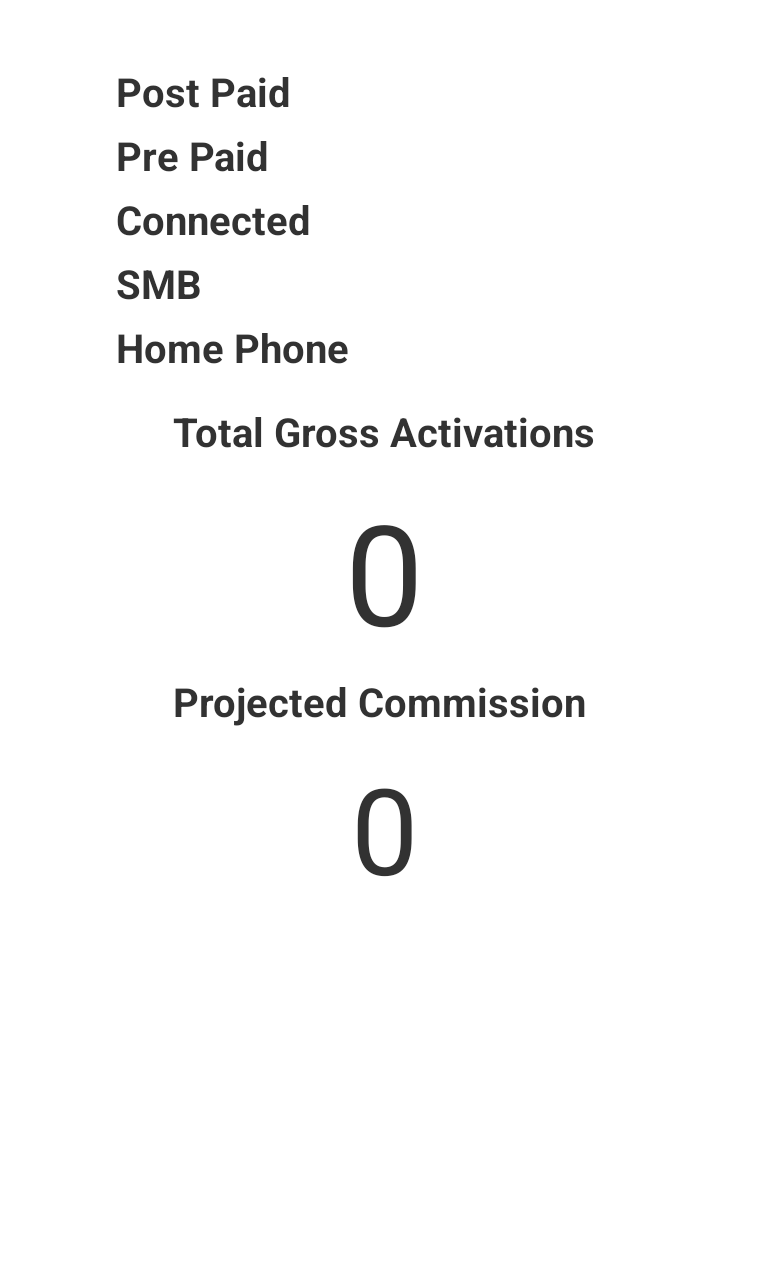
Repository: jemcphe/XCell
Layout: XCell/res/layout/data_adds.xml
These files come from the project's save history. The layout is drawn as it stood at one moment and after the next save; the edit follows.
It is drawn on a 768 x 1280 px phone screen (xhdpi) without system bars, with theme Theme.Xcell; the app's code is not run.

Above is the layout before, as saved 2013-08-28 04:16:49.

### XCell/res/layout/data_adds.xml
<?xml version="1.0" encoding="utf-8"?>
<RelativeLayout xmlns:android="http://schemas.android.com/apk/res/android"
    android:layout_width="match_parent"
    android:layout_height="match_parent" >

    <GridLayout
        android:id="@+id/gridLayout1"
        android:layout_width="wrap_content"
        android:layout_height="wrap_content"
        android:layout_centerHorizontal="true"
        android:layout_marginTop="32dp"
        android:columnCount="2" >

        <TextView
            android:layout_width="wrap_content"
            android:layout_height="wrap_content"
            android:paddingBottom="5dp"
            android:paddingRight="180dp"
            android:text="Post Paid"
            android:textSize="20sp"
            android:textStyle="bold" />

        <TextView
            android:id="@+id/data_postValue"
            android:layout_width="wrap_content"
            android:layout_height="wrap_content"
            android:paddingBottom="5dp"
            android:textSize="20sp"
            android:textStyle="bold" />

        <TextView
            android:layout_width="wrap_content"
            android:layout_height="wrap_content"
            android:paddingBottom="5dp"
            android:text="Pre Paid"
            android:textSize="20sp"
            android:textStyle="bold" />

        <TextView
            android:id="@+id/data_preValue"
            android:layout_width="wrap_content"
            android:layout_height="wrap_content"
            android:paddingBottom="5dp"
            android:textSize="20sp"
            android:textStyle="bold" />

        <TextView
            android:layout_width="wrap_content"
            android:layout_height="wrap_content"
            android:paddingBottom="5dp"
            android:text="Connected"
            android:textSize="20sp"
            android:textStyle="bold" />

        <TextView
            android:id="@+id/data_connectedValue"
            android:layout_width="wrap_content"
            android:layout_height="wrap_content"
            android:paddingBottom="5dp"
            android:textSize="20sp"
            android:textStyle="bold" />

        <TextView
            android:layout_width="wrap_content"
            android:layout_height="wrap_content"
            android:paddingBottom="5dp"
            android:text="SMB"
            android:textSize="20sp"
            android:textStyle="bold" />

        <TextView
            android:id="@+id/data_smbValue"
            android:layout_width="wrap_content"
            android:layout_height="wrap_content"
            android:paddingBottom="5dp"
            android:textSize="20sp"
            android:textStyle="bold" />

        <TextView
            android:layout_width="wrap_content"
            android:layout_height="wrap_content"
            android:paddingBottom="5dp"
            android:text="Home Phone"
            android:textSize="20sp"
            android:textStyle="bold" />

        <TextView
            android:id="@+id/data_homeValue"
            android:layout_width="wrap_content"
            android:layout_height="wrap_content"
            android:paddingBottom="5dp"
            android:textSize="20sp"
            android:textStyle="bold" />
    </GridLayout>

    <LinearLayout
        android:id="@+id/addsDataLayout"
        android:layout_width="wrap_content"
        android:layout_height="wrap_content"
        android:layout_below="@+id/gridLayout1"
        android:layout_centerHorizontal="true"
        android:layout_marginTop="10dp"
        android:orientation="vertical" >

        <TextView
            android:layout_width="match_parent"
            android:layout_height="match_parent"
            android:paddingBottom="10dp"
            android:text="Total Gross Activations"
            android:textSize="20sp"
            android:textStyle="bold" />

        <TextView
            android:id="@+id/grossTotal"
            android:layout_width="match_parent"
            android:layout_height="wrap_content"
            android:gravity="center"
            android:paddingBottom="5dp"
            android:text="0"
            android:textSize="70sp" />

        <TextView
            android:layout_width="match_parent"
            android:layout_height="match_parent"
            android:paddingBottom="10dp"
            android:text="Projected Commission"
            android:textSize="20sp"
            android:textStyle="bold" />

        <TextView
            android:id="@+id/projectedAdds"
            android:layout_width="match_parent"
            android:layout_height="wrap_content"
            android:gravity="center"
            android:paddingBottom="5dp"
            android:text="0"
            android:textSize="60sp" />
    </LinearLayout>

</RelativeLayout>

### XCell/res/values/styles_xcell.xml
<?xml version="1.0" encoding="utf-8"?>

<resources>

    <style name="Theme.Xcell" parent="@android:style/Theme.Holo.Light">
        <item name="android:actionBarItemBackground">@drawable/selectable_background_xcell</item>
        <item name="android:popupMenuStyle">@style/PopupMenu.Xcell</item>
        <item name="android:dropDownListViewStyle">@style/DropDownListView.Xcell</item>
        <item name="android:actionBarTabStyle">@style/ActionBarTabStyle.Xcell</item>
        <item name="android:actionDropDownStyle">@style/DropDownNav.Xcell</item>
        <item name="android:actionBarStyle">@style/ActionBar.Solid.Xcell</item>
        <item name="android:actionModeBackground">@drawable/cab_background_top_xcell</item>
        <item name="android:actionModeSplitBackground">@drawable/cab_background_bottom_xcell</item>
        <item name="android:actionModeCloseButtonStyle">@style/ActionButton.CloseMode.Xcell</item>


    </style>

    <style name="ActionBar.Solid.Xcell" parent="@android:style/Widget.Holo.Light.ActionBar.Solid">
        <item name="android:background">@drawable/ab_background_textured_xcell</item>
        <item name="android:backgroundStacked">@drawable/ab_stacked_solid_xcell</item>
        <item name="android:backgroundSplit">@drawable/ab_background_textured_xcell</item>
        <item name="android:progressBarStyle">@style/ProgressBar.Xcell</item>
    </style>

    <style name="ActionBar.Transparent.Xcell" parent="@android:style/Widget.Holo.Light.ActionBar">
        <item name="android:background">@drawable/ab_transparent_xcell</item>
        <item name="android:progressBarStyle">@style/ProgressBar.Xcell</item>
    </style>

    <style name="PopupMenu.Xcell" parent="@android:style/Widget.Holo.Light.ListPopupWindow">
        <item name="android:popupBackground">@drawable/menu_dropdown_panel_xcell</item>
    </style>

    <style name="DropDownListView.Xcell" parent="@android:style/Widget.Holo.Light.ListView.DropDown">
        <item name="android:listSelector">@drawable/selectable_background_xcell</item>
    </style>

    <style name="ActionBarTabStyle.Xcell" parent="@android:style/Widget.Holo.Light.ActionBar.TabView">
        <item name="android:background">@drawable/tab_indicator_ab_xcell</item>
    </style>

    <style name="DropDownNav.Xcell" parent="@android:style/Widget.Holo.Light.Spinner">
        <item name="android:background">@drawable/spinner_background_ab_xcell</item>
        <item name="android:popupBackground">@drawable/menu_dropdown_panel_xcell</item>
        <item name="android:dropDownSelector">@drawable/selectable_background_xcell</item>
    </style>

    <style name="ProgressBar.Xcell" parent="@android:style/Widget.Holo.Light.ProgressBar.Horizontal">
        <item name="android:progressDrawable">@drawable/progress_horizontal_xcell</item>
    </style>

    <style name="ActionButton.CloseMode.Xcell" parent="@android:style/Widget.Holo.Light.ActionButton.CloseMode">
        <item name="android:background">@drawable/btn_cab_done_xcell</item>
    </style>

    <!-- this style is only referenced in a Light.DarkActionBar based theme -->
    <style name="Theme.Xcell.Widget" parent="@android:style/Theme.Holo">
        <item name="android:popupMenuStyle">@style/PopupMenu.Xcell</item>
        <item name="android:dropDownListViewStyle">@style/DropDownListView.Xcell</item>
    </style>

</resources>

### XCell/res/drawable/selectable_background_xcell.xml
<?xml version="1.0" encoding="utf-8"?>
<!-- File created by the Android Action Bar Style Generator

     Copyright (C) 2011 The Android Open Source Project
     Copyright (C) 2012 readyState Software Ltd

     Licensed under the Apache License, Version 2.0 (the "License");
     you may not use this file except in compliance with the License.
     You may obtain a copy of the License at

          http://www.apache.org/licenses/LICENSE-2.0

     Unless required by applicable law or agreed to in writing, software
     distributed under the License is distributed on an "AS IS" BASIS,
     WITHOUT WARRANTIES OR CONDITIONS OF ANY KIND, either express or implied.
     See the License for the specific language governing permissions and
     limitations under the License.
-->

<selector xmlns:android="http://schemas.android.com/apk/res/android"
        android:exitFadeDuration="@android:integer/config_mediumAnimTime" >
    <item android:state_pressed="false" android:state_focused="true" android:drawable="@drawable/list_focused_xcell" />
    <item android:state_pressed="true" android:drawable="@drawable/pressed_background_xcell" />
    <item android:drawable="@android:color/transparent" />
</selector>

### XCell/res/drawable/btn_cab_done_xcell.xml
<?xml version="1.0" encoding="utf-8"?>
<!-- File created by the Android Action Bar Style Generator

     Copyright (C) 2011 The Android Open Source Project
     Copyright (C) 2012 readyState Software Ltd

     Licensed under the Apache License, Version 2.0 (the "License");
     you may not use this file except in compliance with the License.
     You may obtain a copy of the License at

          http://www.apache.org/licenses/LICENSE-2.0

     Unless required by applicable law or agreed to in writing, software
     distributed under the License is distributed on an "AS IS" BASIS,
     WITHOUT WARRANTIES OR CONDITIONS OF ANY KIND, either express or implied.
     See the License for the specific language governing permissions and
     limitations under the License.
-->

<selector xmlns:android="http://schemas.android.com/apk/res/android">
    <item android:state_pressed="true"
        android:drawable="@drawable/btn_cab_done_pressed_xcell" />
    <item android:state_focused="true" android:state_enabled="true"
        android:drawable="@drawable/btn_cab_done_focused_xcell" />
    <item android:state_enabled="true"
        android:drawable="@drawable/btn_cab_done_default_xcell" />
</selector>

### XCell/res/drawable/ab_background_textured_xcell.xml
<?xml version="1.0" encoding="utf-8"?>
<!-- File created by the Android Action Bar Style Generator

     Copyright (C) 2012 readyState Software Ltd

     Licensed under the Apache License, Version 2.0 (the "License");
     you may not use this file except in compliance with the License.
     You may obtain a copy of the License at

          http://www.apache.org/licenses/LICENSE-2.0

     Unless required by applicable law or agreed to in writing, software
     distributed under the License is distributed on an "AS IS" BASIS,
     WITHOUT WARRANTIES OR CONDITIONS OF ANY KIND, either express or implied.
     See the License for the specific language governing permissions and
     limitations under the License.
-->

<bitmap xmlns:android="http://schemas.android.com/apk/res/android"
    android:src="@drawable/ab_texture_tile_xcell"
    android:tileMode="repeat" />

### XCell/res/drawable/progress_horizontal_xcell.xml
<?xml version="1.0" encoding="utf-8"?>
<!-- File created by the Android Action Bar Style Generator

     Copyright (C) 2011 The Android Open Source Project
     Copyright (C) 2012 readyState Software Ltd

     Licensed under the Apache License, Version 2.0 (the "License");
     you may not use this file except in compliance with the License.
     You may obtain a copy of the License at

          http://www.apache.org/licenses/LICENSE-2.0

     Unless required by applicable law or agreed to in writing, software
     distributed under the License is distributed on an "AS IS" BASIS,
     WITHOUT WARRANTIES OR CONDITIONS OF ANY KIND, either express or implied.
     See the License for the specific language governing permissions and
     limitations under the License.
-->

<layer-list xmlns:android="http://schemas.android.com/apk/res/android">

    <item android:id="@android:id/background"
          android:drawable="@drawable/progress_bg_xcell" />

    <item android:id="@android:id/secondaryProgress">
        <scale android:scaleWidth="100%"
               android:drawable="@drawable/progress_secondary_xcell" />
    </item>

    <item android:id="@android:id/progress">
        <scale android:scaleWidth="100%"
               android:drawable="@drawable/progress_primary_xcell" />
    </item>

</layer-list>

### XCell/res/drawable/spinner_background_ab_xcell.xml
<?xml version="1.0" encoding="utf-8"?>
<!-- File created by the Android Action Bar Style Generator

     Copyright (C) 2011 The Android Open Source Project
     Copyright (C) 2012 readyState Software Ltd

     Licensed under the Apache License, Version 2.0 (the "License");
     you may not use this file except in compliance with the License.
     You may obtain a copy of the License at

          http://www.apache.org/licenses/LICENSE-2.0

     Unless required by applicable law or agreed to in writing, software
     distributed under the License is distributed on an "AS IS" BASIS,
     WITHOUT WARRANTIES OR CONDITIONS OF ANY KIND, either express or implied.
     See the License for the specific language governing permissions and
     limitations under the License.
-->

<selector xmlns:android="http://schemas.android.com/apk/res/android">
    <item android:state_enabled="false"
        android:drawable="@drawable/spinner_ab_disabled_xcell" />
    <item android:state_pressed="true"
        android:drawable="@drawable/spinner_ab_pressed_xcell" />
    <item android:state_pressed="false" android:state_focused="true"
        android:drawable="@drawable/spinner_ab_focused_xcell" />
    <item android:drawable="@drawable/spinner_ab_default_xcell" />
</selector>

### XCell/res/drawable/tab_indicator_ab_xcell.xml
<?xml version="1.0" encoding="utf-8"?>
<!-- File created by the Android Action Bar Style Generator

     Copyright (C) 2011 The Android Open Source Project
     Copyright (C) 2012 readyState Software Ltd

     Licensed under the Apache License, Version 2.0 (the "License");
     you may not use this file except in compliance with the License.
     You may obtain a copy of the License at

          http://www.apache.org/licenses/LICENSE-2.0

     Unless required by applicable law or agreed to in writing, software
     distributed under the License is distributed on an "AS IS" BASIS,
     WITHOUT WARRANTIES OR CONDITIONS OF ANY KIND, either express or implied.
     See the License for the specific language governing permissions and
     limitations under the License.
-->

<selector xmlns:android="http://schemas.android.com/apk/res/android">
    <!-- Non focused states -->
    <item android:state_focused="false" android:state_selected="false" android:state_pressed="false" android:drawable="@android:color/transparent"/>
    <item android:state_focused="false" android:state_selected="true"  android:state_pressed="false" android:drawable="@drawable/tab_selected_xcell" />

    <!-- Focused states -->
    <item android:state_focused="true" android:state_selected="false" android:state_pressed="false" android:drawable="@drawable/tab_unselected_focused_xcell" />
    <item android:state_focused="true" android:state_selected="true"  android:state_pressed="false" android:drawable="@drawable/tab_selected_focused_xcell" />

    <!-- Pressed -->
    <!--    Non focused states -->
    <item android:state_focused="false" android:state_selected="false" android:state_pressed="true" android:drawable="@drawable/tab_unselected_pressed_xcell" />
    <item android:state_focused="false" android:state_selected="true"  android:state_pressed="true" android:drawable="@drawable/tab_selected_pressed_xcell" />

    <!--    Focused states -->
    <item android:state_focused="true" android:state_selected="false" android:state_pressed="true" android:drawable="@drawable/tab_unselected_pressed_xcell" />
    <item android:state_focused="true" android:state_selected="true"  android:state_pressed="true" android:drawable="@drawable/tab_selected_pressed_xcell" />
</selector>

### XCell/res/drawable/pressed_background_xcell.xml
<?xml version="1.0" encoding="utf-8"?>
<!-- File created by the Android Action Bar Style Generator

     Copyright (C) 2011 The Android Open Source Project
     Copyright (C) 2012 readyState Software Ltd

     Licensed under the Apache License, Version 2.0 (the "License");
     you may not use this file except in compliance with the License.
     You may obtain a copy of the License at

          http://www.apache.org/licenses/LICENSE-2.0

     Unless required by applicable law or agreed to in writing, software
     distributed under the License is distributed on an "AS IS" BASIS,
     WITHOUT WARRANTIES OR CONDITIONS OF ANY KIND, either express or implied.
     See the License for the specific language governing permissions and
     limitations under the License.
-->

<shape xmlns:android="http://schemas.android.com/apk/res/android" android:shape="rectangle">
    <solid android:color="@color/pressed_xcell" />
</shape>

### XCell/res/values/colors_xcell.xml
<?xml version="1.0" encoding="utf-8"?>
<!-- File created by the Android Action Bar Style Generator

     Copyright (C) 2011 The Android Open Source Project
     Copyright (C) 2012 readyState Software Ltd

     Licensed under the Apache License, Version 2.0 (the "License");
     you may not use this file except in compliance with the License.
     You may obtain a copy of the License at

          http://www.apache.org/licenses/LICENSE-2.0

     Unless required by applicable law or agreed to in writing, software
     distributed under the License is distributed on an "AS IS" BASIS,
     WITHOUT WARRANTIES OR CONDITIONS OF ANY KIND, either express or implied.
     See the License for the specific language governing permissions and
     limitations under the License.
-->

<resources>
    <color name="pressed_xcell">#CC33B5E5</color>
    <color name="background_xcell">#d8e8e8</color>
    <color name="xcell_blue">#12679b</color>
</resources>

After the next save:
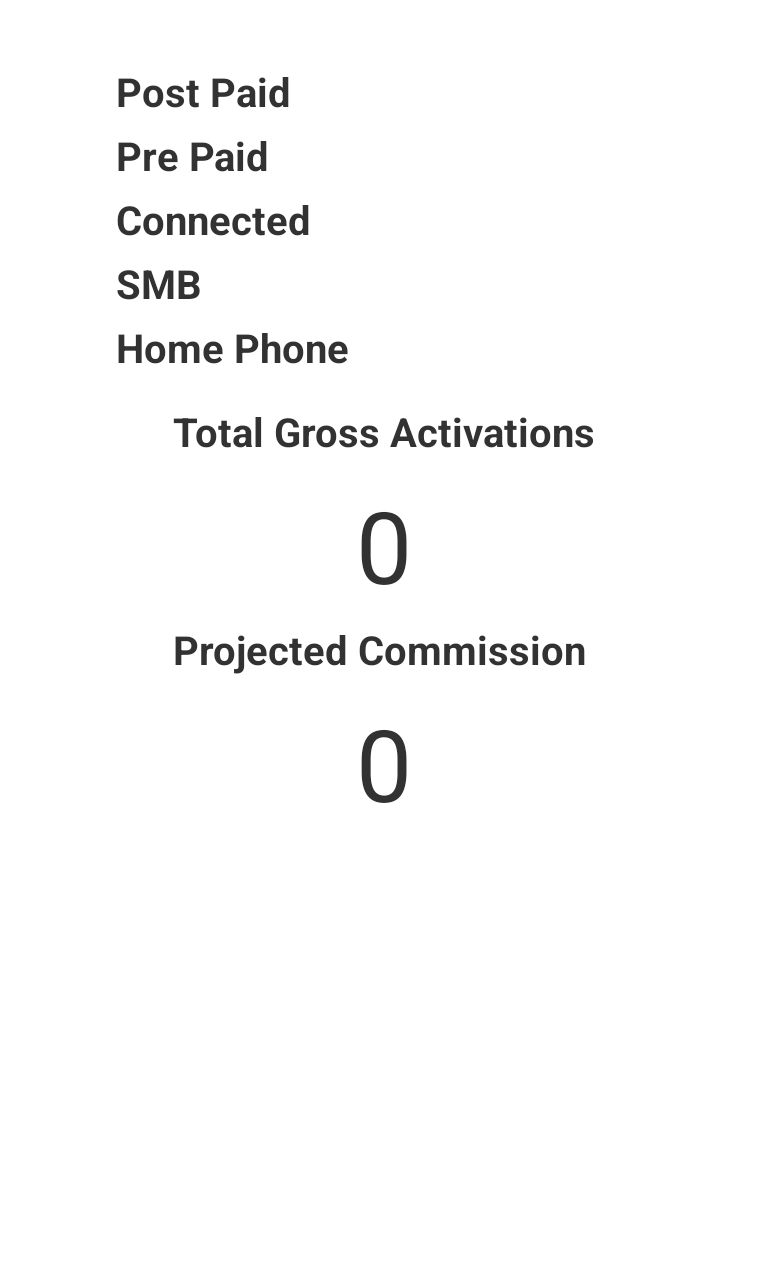
Saved 72 s later.
--- a/XCell/res/layout/data_adds.xml
+++ b/XCell/res/layout/data_adds.xml
@@ -117,7 +117,7 @@
             android:gravity="center"
             android:paddingBottom="5dp"
             android:text="0"
-            android:textSize="70sp" />
+            android:textSize="50sp" />
 
         <TextView
             android:layout_width="match_parent"
@@ -134,7 +134,7 @@
             android:gravity="center"
             android:paddingBottom="5dp"
             android:text="0"
-            android:textSize="60sp" />
+            android:textSize="50sp" />
     </LinearLayout>
 
 </RelativeLayout>
